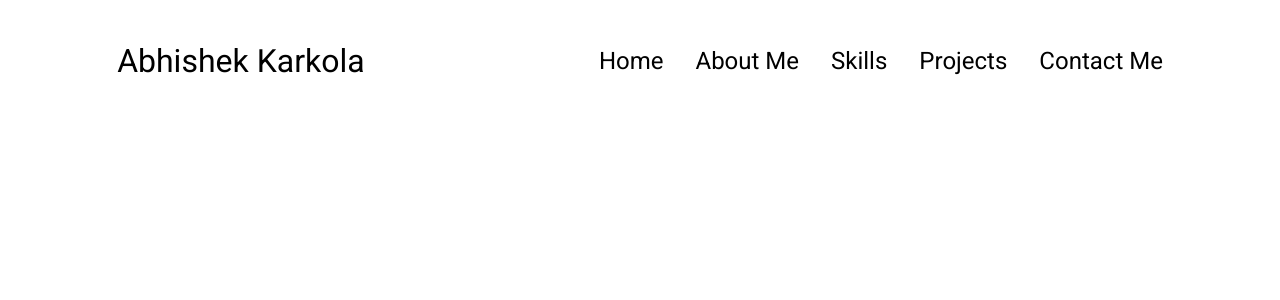
Repository: APersonalVoyage/APersonalVoyage.github.io
Page: index.html
An editor plug-in stored every save of this project. The page is shown before and after the next save, followed by the edit.
The browser window is 1280 px wide. The pictures show the whole page.

Above is the page before, as saved 2023-08-23 17:43:45.

After the next save:
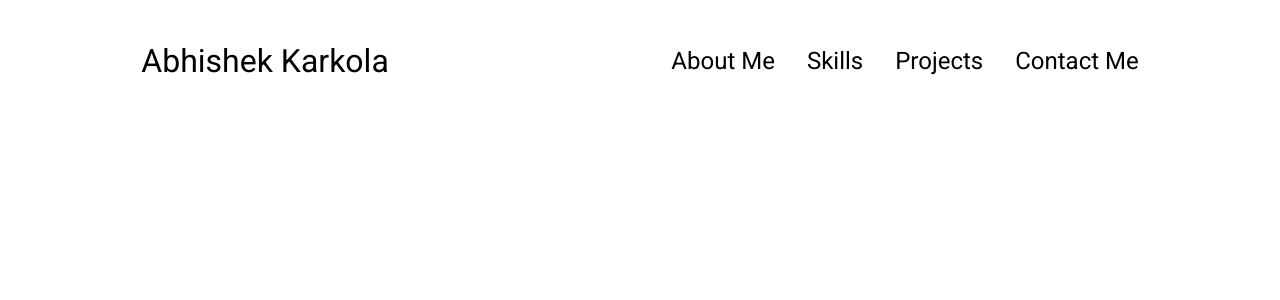
Saved 33 s later.
--- a/index.html
+++ b/index.html
@@ -11,7 +11,6 @@
         <div class= "logo">Abhishek Karkola</div>
         <div>
             <u1 class="nav-links">
-                <li><a href="#home">Home</a></li>
                 <li><a href="#about">About Me</a></li>
                 <li><a href="#skills">Skills</a></li>
                 <li><a href="#projects">Projects</a></li>
@@ -28,7 +27,6 @@
                 <span></span>
             </div>
             <div class = "menu-links">
-                    <li><a href="#home" onclick="toggleMenu()">Home</a></li>
                     <li><a href="#about" onclick="toggleMenu()">About Me</a></li>
                     <li><a href="#skills" onclick="toggleMenu()">Skills</a></li>
                     <li><a href="#projects" onclick="toggleMenu()">Projects</a></li>
